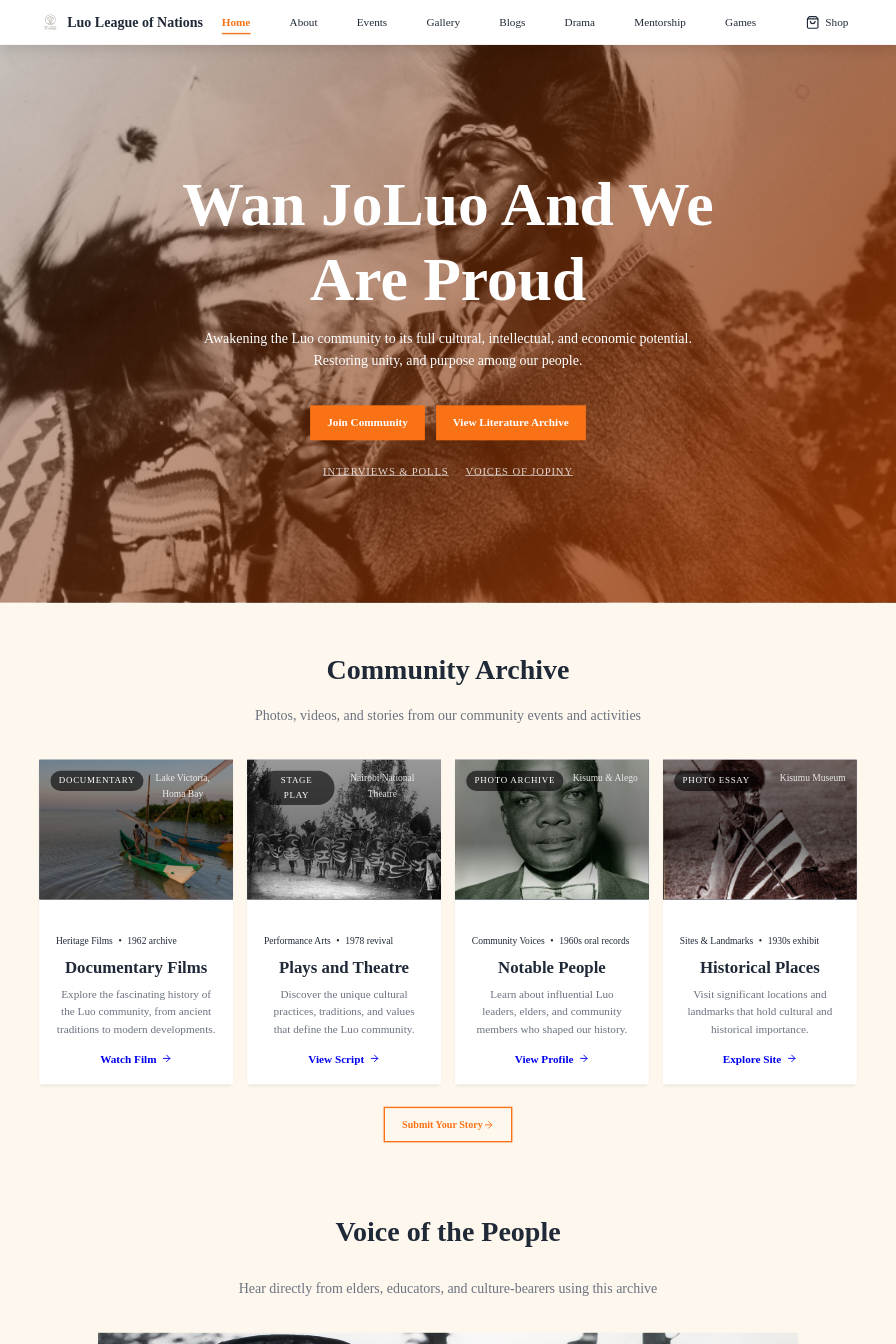
Repository: ianfranko/luo-community-history
Page: /
These files come from the project's save history. The page is drawn as it stood at one moment and after the next save; the edit follows.
The browser window is 1280 px wide. The pictures show the part of the page from y = 0 to 1920 px (the page is 4150 px tall before and 4131 px after), at 70% of full size.
The project was rebuilt for these pictures with package versions that can differ from the ones it lists, and the page was loaded fresh each time. The framework's server and built-in components were replaced by stand-ins that run in the browser. Also part of the build but not shown: next.config.ts.

Above is the page before, as saved 2025-11-23 12:31:28.

### src/app/layout.tsx
import type { Metadata } from "next";
import { Geist, Geist_Mono } from "next/font/google";
import "./globals.css";
import Layout from "@/components/Layout";

const geistSans = Geist({
  variable: "--font-geist-sans",
  subsets: ["latin"],
});

const geistMono = Geist_Mono({
  variable: "--font-geist-mono",
  subsets: ["latin"],
});

export const metadata: Metadata = {
  title: "Luo League of Nations",
  description: "Preserving and sharing the rich cultural heritage and history of the Luo people",
  icons: {
    icon: "/LLNLOGO.svg",
    shortcut: "/LLNLOGO.svg",
    apple: "/LLNLOGO.svg",
  },
};

export default function RootLayout({
  children,
}: Readonly<{
  children: React.ReactNode;
}>) {
  return (
    <html lang="en">
      <body
        className={`${geistSans.variable} ${geistMono.variable} antialiased`}
      >
        <Layout>{children}</Layout>
      </body>
    </html>
  );
}

### src/app/globals.css
/* Reset and base styles */
* {
  margin: 0;
  padding: 0;
  box-sizing: border-box;
}

:root {
  --primary-color: #f97316;
  --secondary-color: #eab308;
  --accent-color: #ea580c;
  --text-dark: #1f2937;
  --text-light: #6b7280;
  --bg-light: #fef7ed;
  --bg-white: #ffffff;
  --border-color: #e5e7eb;
  --shadow: 0 4px 6px -1px rgba(0, 0, 0, 0.1);
  --shadow-lg: 0 10px 15px -3px rgba(0, 0, 0, 0.1);
  --font-sans: var(--font-geist-sans), system-ui, -apple-system, sans-serif;
  --font-mono: var(--font-geist-mono), 'Courier New', monospace;

  /* New Colors */
  --forest-green: #2E7D32;
  --lake-blue: #0277BD;
  --cream: #F5F5DC;
}

body {
  font-family: var(--font-sans);
  line-height: 1.6;
  color: var(--text-dark);
  background-color: var(--bg-light);
}

/* Utility classes */
.container {
  max-width: 1200px;
  margin: 0 auto;
  padding: 0 1rem;
}

.flex {
  display: flex;
}

.flex-col {
  flex-direction: column;
}

.items-center {
  align-items: center;
}

.justify-center {
  justify-content: center;
}

.justify-between {
  justify-content: space-between;
}

.text-center {
  text-align: center;
}

.grid {
  display: grid;
}

.grid-cols-1 {
  grid-template-columns: repeat(1, minmax(0, 1fr));
}

.grid-cols-2 {
  grid-template-columns: repeat(2, minmax(0, 1fr));
}

.grid-cols-3 {
  grid-template-columns: repeat(3, minmax(0, 1fr));
}

.gap-2 {
  gap: 0.5rem;
}

.gap-4 {
  gap: 1rem;
}

.gap-6 {
  gap: 1.5rem;
}

.gap-8 {
  gap: 2rem;
}

.space-y-4 > * + * {
  margin-top: 1rem;
}

.space-y-6 > * + * {
  margin-top: 1.5rem;
}

.space-y-8 > * + * {
  margin-top: 2rem;
}

/* Typography */
.text-sm {
  font-size: 0.875rem;
}

.text-base {
  font-size: 1rem;
}

.text-lg {
  font-size: 1.125rem;
}

.text-xl {
  font-size: 1.25rem;
}

.text-2xl {
  font-size: 1.5rem;
}

.text-3xl {
  font-size: 1.875rem;
}

.text-4xl {
  font-size: 2.25rem;
}

.text-5xl {
  font-size: 5.5rem;
}

.font-semibold {
  font-weight: 600;
}

.font-bold {
  font-weight: 700;
}

/* Colors */
.text-primary {
  color: var(--primary-color);
}

.text-secondary {
  color: var(--secondary-color);
}

.text-gray-600 {
  color: var(--text-light);
}

.text-gray-700 {
  color: #374151;
}

.text-gray-800 {
  color: #1f2937;
}

.text-white {
  color: white;
}

.bg-primary {
  background-color: var(--primary-color);
}

.bg-secondary {
  background-color: var(--secondary-color);
}

.bg-white {
  background-color: var(--bg-white);
}

.bg-gradient {
  background: linear-gradient(135deg, var(--primary-color), var(--secondary-color));
}

/* New Color Utilities */
.text-forest-green {
  color: var(--forest-green);
}

.text-lake-blue {
  color: var(--lake-blue);
}

.bg-forest-green {
  background-color: var(--forest-green);
}

.bg-lake-blue {
  background-color: var(--lake-blue);
}

.bg-cream {
  background-color: var(--cream);
}

.border-forest-green {
  border-color: var(--forest-green);
}

.border-lake-blue {
  border-color: var(--lake-blue);
}

/* Spacing */
.p-4 {
  padding: 1rem;
}

.p-6 {
  padding: 1.5rem;
}

.p-8 {
  padding: 2rem;
}

.py-4 {
  padding-top: 1rem;
  padding-bottom: 1rem;
}

.py-8 {
  padding-top: 2rem;
  padding-bottom: 2rem;
}

.py-12 {
  padding-top: 3rem;
  padding-bottom: 3rem;
}

.py-16 {
  padding-top: 4rem;
  padding-bottom: 4rem;
}

.px-4 {
  padding-left: 1rem;
  padding-right: 1rem;
}

.px-6 {
  padding-left: 1.5rem;
  padding-right: 1.5rem;
}

.m-4 {
  margin: 1rem;
}

.mb-4 {
  margin-bottom: 1rem;
}

.mb-6 {
  margin-bottom: 1.5rem;
}

.mb-8 {
  margin-bottom: 2rem;
}

.mt-8 {
  margin-top: 2rem;
}

/* Border and shadow */
.rounded {
  border-radius: 0.25rem;
}

.rounded-lg {
  border-radius: 0.5rem;
}

.rounded-xl {
  border-radius: 0.75rem;
}

.shadow {
  box-shadow: var(--shadow);
}

.shadow-lg {
  box-shadow: var(--shadow-lg);
}

.border {
  border: 1px solid var(--border-color);
}

/* Button styles */
.btn {
  display: inline-flex;
  align-items: center;
  justify-content: center;
  padding: 0.75rem 1.5rem;
  border-radius: 0rem;
  font-weight: 600;
  text-decoration: none;
  transition: all 0.2s ease;
  cursor: pointer;
  border: none;
}

.btn-primary {
  background-color: var(--primary-color);
  color: white;
}

.btn-primary:hover {
  background-color: var(--accent-color);
  transform: translateY(-1px);
}

.btn-secondary {
  background-color: var(--secondary-color);
  color: white;
}

.btn-secondary:hover {
  background-color: #ca8a04;
  transform: translateY(-1px);
}

.btn-outline {
  background-color: transparent;
  color: var(--primary-color);
  border: 2px solid var(--primary-color);
}

.btn-outline:hover {
  background-color: var(--primary-color);
  color: white;
}

/* Card styles */
.card {
  background-color: var(--bg-white);
  border-radius: 0rem;
  box-shadow: var(--shadow);
  overflow: hidden;
  transition: transform 0.2s ease, box-shadow 0.2s ease;
}

.card:hover {
  transform: translateY(-2px);
  box-shadow: var(--shadow-lg);
}

.card-body {
  padding: 1.5rem;
}

.card-title {
  font-size: 1.25rem;
  font-weight: 600;
  margin-bottom: 0.5rem;
}

.card-text {
  color: var(--text-light);
  line-height: 1.6;
}

/* Responsive design */
@media (min-width: 768px) {
  .md\:grid-cols-2 {
    grid-template-columns: repeat(2, minmax(0, 1fr));
  }

  .md\:grid-cols-3 {
    grid-template-columns: repeat(3, minmax(0, 1fr));
  }

  .md\:flex {
    display: flex;
  }

  .md\:flex-row {
    flex-direction: row;
  }

  .md\:justify-center {
    justify-content: center;
  }

  .md\:gap-4 {
    gap: 1rem;
  }

  .md\:flex-wrap {
    flex-wrap: wrap;
  }

  .md\:text-left {
    text-align: left;
  }

  .md\:px-6 {
    padding-left: 1.5rem;
    padding-right: 1.5rem;
  }

  .md\:py-16 {
    padding-top: 4rem;
    padding-bottom: 4rem;
  }
}

@media (min-width: 1024px) {
  .lg\:grid-cols-3 {
    grid-template-columns: repeat(3, minmax(0, 1fr));
  }

  .lg\:grid-cols-4 {
    grid-template-columns: repeat(4, minmax(0, 1fr));
  }

  .lg\:px-8 {
    padding-left: 2rem;
    padding-right: 2rem;
  }

  .lg\:py-20 {
    padding-top: 5rem;
    padding-bottom: 5rem;
  }
}

/* Hero section styles */
.hero {
  background: linear-gradient(135deg, rgba(51, 23, 3, 0.2), rgba(156, 56, 3, 0.9)),
              url('/COLLECTIE_TROPENMUSEUM_Luo_dansers_in_krijgskostuum_tijdens_de_Eldoret_Agricultural_Show_TMnr_20014318.jpg') center/cover no-repeat;
  color: white;
  padding: 11rem 0rem; /* base padding for desktop */
  position: relative;
  overflow: hidden;
}

.hero::before {
  content: '';
  position: absolute;
  inset: 0;
  background:
    rgba(0, 0, 0, 0.85),
    url("data:[embedded picture, 296 characters]");
  background-size: cover;
  pointer-events: none;
  z-index: 1;
}

.hero > * {
  position: relative;
  z-index: 2;
}

.hero-content {
  position: relative;
  z-index: 1;
  max-width: 900px;
  margin: 0 auto;
  text-align: center;
}

/* Scalable heading and text */
.hero-content h1 {
  font-weight: 700;
  line-height: 1.2;
  margin-bottom: 1rem;
}

.hero-content p {
  line-height: 1.6;
  margin-bottom: 2rem;
}

/* Mobile-specific adjustments */
@media (max-width: 767px) {
  .hero {
    padding: 6rem 1rem;
  }

  .hero-content {
    text-align: center;
  }

  .hero-content h1 {
    font-size: clamp(1.5rem, 6vw, 3rem);
  }

  .hero-content p {
    font-size: clamp(0.9rem, 4vw, 1.1rem);
  }
}


/* Search styles */
.search-container {
  position: relative;
  max-width: 500px;
  margin: 0 auto;
}

.search-input {
  width: 100%;
  padding: 1rem 1.5rem;
  border-radius: 2rem;
  border: none;
  background-color: rgba(255, 255, 255, 0.9);
  font-size: 1rem;
  outline: none;
  transition: all 0.2s ease;
}

.search-input:focus {
  background-color: white;
  box-shadow: 0 0 0 3px rgba(249, 115, 22, 0.3);
}

.search-button {
  position: absolute;
  right: 0.5rem;
  top: 50%;
  transform: translateY(-50%);
  background-color: var(--primary-color);
  border: none;
  border-radius: 50%;
  width: 2.5rem;
  height: 2.5rem;
  display: flex;
  align-items: center;
  justify-content: center;
  cursor: pointer;
  transition: background-color 0.2s ease;
}

.search-button:hover {
  background-color: var(--accent-color);
}

/* Section styles */
.section {
  padding: 4rem 0;
}

.section-title {
  font-size: 2.5rem;
  font-weight: 700;
  text-align: center;
  margin-bottom: 1rem;
  color: var(--text-dark);
}

.section-subtitle {
  font-size: 1.25rem;
  text-align: center;
  color: var(--text-light);
  margin-bottom: 3rem;
  max-width: 600px;
  margin-left: auto;
  margin-right: auto;
}

.cta-card {
  background: rgba(255, 255, 255, 0.08);
  border: 1px solid rgba(255, 255, 255, 0.2);
  border-radius: 20px;
  padding: 2rem;
  backdrop-filter: blur(12px);
  box-shadow: 0 25px 45px rgba(0, 0, 0, 0.25);
  color: white;
  text-align: left;
}

.cta-card-orange {
  background: linear-gradient(135deg, rgba(249, 116, 22, 0.551), rgba(234, 88, 12, 0.85));
  backdrop-filter: blur(10px);
  color: white;
  border-radius: 16px;
  box-shadow: 0 10px 25px rgba(0,0,0,0.25);
}



.cta-stat {
  font-size: clamp(2.5rem, 4vw, 3.5rem);
  font-weight: 700;
  line-height: 1;
}

.cta-label {
  margin-top: 0.75rem;
  font-size: 0.95rem;
  letter-spacing: 0.12em;
  text-transform: uppercase;
  color: rgba(255, 255, 255, 0.85);
}

.cta-body {
  margin-top: 1rem;
  font-size: 1.05rem;
  line-height: 1.6;
  color: rgba(255, 255, 255, 0.95);
}

/* Feature grid */
.feature-grid {
  display: grid;
  grid-template-columns: repeat(auto-fit, minmax(300px, 2fr));
  gap: 2rem;
  margin-top: 3rem;
}

.feature-card {
  background-color: var(--bg-white);
  padding: 2rem;
  border-radius: 0rem;
  box-shadow: var(--shadow);
  text-align: center;
  transition: transform 0.2s ease, box-shadow 0.2s ease;
}

.feature-card:hover {
  transform: translateY(-4px);
  box-shadow: var(--shadow-lg);
}

.gallery-card-image {
  width: 100%;
  height: 200px;
  margin-bottom: 1.5rem;
  border-radius: 0rem;
  overflow: hidden;
  background-color: #0f172a;
  position: relative;
}

.feature-icon {
  width: 4rem;
  height: 4rem;
  background: var(--bg-gradient);
  border-radius: 50%;
  display: flex;
  align-items: center;
  justify-content: center;
  margin: 0 auto 1.5rem;
  color: white;
}

.feature-title {
  font-size: 1.5rem;
  font-weight: 600;
  margin-bottom: 1rem;
  color: var(--text-dark);
}

.feature-description {
  color: var(--text-light);
  line-height: 1.6;
}

/* Testimonials grid */
.testimonial-grid {
  display: grid;
  grid-template-columns: repeat(auto-fit, minmax(280px, 1fr));
  gap: 1.5rem; /* slightly reduced for small screens */
  margin-top: 3rem;
  padding: 0 1rem;
}

.testimonial-card {
  background-color: var(--bg-white);
  padding: 1.5rem; /* reduced padding for mobile */
  border-radius: 0.5rem; /* slight rounding for touch-friendly */
  box-shadow: 0 6px 20px rgba(0,0,0,0.1);
  transition: transform 0.3s ease, box-shadow 0.3s ease;
  position: relative;
  overflow: hidden;
}

.testimonial-quote {
  font-size: clamp(0.95rem, 2.5vw, 1.1rem);
  line-height: 1.6;
  margin-bottom: 1rem;
}

.testimonial-author {
  margin-top: 0.5rem;
}

.author-name {
  font-weight: 600;
  color: var(--text-dark);
  font-size: clamp(0.9rem, 2vw, 1rem);
}

.author-title {
  font-size: clamp(0.8rem, 1.8vw, 0.9rem);
  color: var(--text-light);
}

/* Optional: reduce gap on very small devices */
@media (max-width: 480px) {
  .testimonial-grid {
    gap: 1rem;
  }

  .testimonial-card {
    padding: 1rem;
  }
}

/* Stats section */
/* ========================= */
/* STATS SECTION RESPONSIVE  */
/* ========================= */
.stats-grid {
  display: grid;
  grid-template-columns: repeat(auto-fit, minmax(180px, 1fr));
  gap: 1.5rem; /* smaller gap for mobile */
  margin-top: 3rem;
  padding: 0 1rem; /* ensure padding on small screens */
}

.stat-item {
  text-align: center;
  padding: 1rem 1.5rem; /* slightly smaller padding for mobile */
  background-color: var(--bg-white);
  border-radius: 0.5rem;
  box-shadow: var(--shadow);
  transition: transform 0.2s ease, box-shadow 0.2s ease;
}

.stat-item:hover {
  transform: translateY(-4px);
  box-shadow: var(--shadow-lg);
}

.stat-number {
  font-size: clamp(2rem, 5vw, 3rem); /* scales from mobile to desktop */
  font-weight: 700;
  color: var(--primary-color);
  display: block;
  line-height: 1.2;
}

.stat-label {
  font-size: clamp(0.9rem, 2.5vw, 1.1rem); /* scales nicely */
  color: var(--text-light);
  margin-top: 0.5rem;
}

/* Extra small devices adjustments */
@media (max-width: 480px) {
  .stats-grid {
    gap: 1rem;
  }

  .stat-item {
    padding: 0.75rem 1rem;
  }
}


/* Navigation styles */
.header-nav {
  display: none;
}

.desktop-nav-links {
  display: flex;
  gap: 2rem;
  align-items: center;
}

.menu-toggle {
  display: block;
}

.nav-link {
  color: var(--text-dark);
  text-decoration: none;
  font-weight: 500;
  transition: color 0.2s ease;
  display: flex;
  align-items: center;
  gap: 0.5rem;
  padding: 0.5rem 0.75rem;
  border-radius: 0.5rem;
  position: relative;
}

.nav-link:hover {
  color: var(--primary-color);
}

.nav-link-active {
  color: var(--primary-color);
  font-weight: 600;
}

.nav-link.nav-link-active::after {
  content: '';
  position: absolute;
  left: 0.75rem;
  right: 0.75rem;
  bottom: 0.25rem;
  height: 2px;
  background-color: var(--primary-color);
}

.nav-link-mobile.nav-link-active {
  color: var(--primary-color);
  font-weight: 600;
}

.nav-link-mobile {
  display: flex;
  align-items: center;
  gap: 0.5rem;
  padding: 0.75rem;
  color: var(--text-dark);
  text-decoration: none;
  border-radius: 0.5rem;
  transition: color 0.2s ease;
}

.nav-link-mobile:hover {
  color: var(--primary-color);
}

.mobile-nav {
  width: 100%;
  background-color: var(--bg-white);
  border-top: 1px solid var(--border-color);
  box-shadow: var(--shadow);
  animation: mobileNavReveal 0.2s ease;
}

@keyframes mobileNavReveal {
  from {
    opacity: 0;
    transform: translateY(-8px);
  }
  to {
    opacity: 1;
    transform: translateY(0);
  }
}

@media (min-width: 768px) {
  .header-nav {
    display: flex;
  }

  .menu-toggle {
    display: none;
  }

  .mobile-nav {
    display: none;
  }
}

/* Footer styles */
.footer {
  background-color: var(--text-dark);
  color: white;
  padding: 3rem 0 1rem;
}

.footer-content {
  display: grid;
  grid-template-columns: repeat(auto-fit, minmax(250px, 1fr));
  gap: 2rem;
  margin-bottom: 2rem;
}

.footer-section h3 {
  font-size: 1.25rem;
  font-weight: 600;
  margin-bottom: 1rem;
}

.footer-section ul {
  list-style: none;
}

.footer-section li {
  margin-bottom: 0.5rem;
}

.footer-section a {
  color: #9ca3af;
  text-decoration: none;
  transition: color 0.2s ease;
}

.footer-section a:hover {
  color: var(--primary-color);
}

.footer-bottom {
  border-top: 1px solid #374151;
  padding-top: 1rem;
  text-align: center;
  color: #9ca3af;
}

### src/components/Layout.tsx
'use client'

import Link from 'next/link'
import Image from 'next/image'
import { useEffect, useState } from 'react'
import { Menu, X, ShoppingBag } from 'lucide-react'
import { usePathname } from 'next/navigation'

const navigation = [
  { name: 'Home', href: '/' },
  { name: 'About', href: '/about' },
  { name: 'Events', href: '/events' },
  { name: 'Gallery', href: '/Gallery' },
  { name: 'Blogs', href: '/BlogList' },
  { name: 'Drama', href: '/Drama' },
  { name: 'Mentorship', href: '/mentorship' },
  { name: 'Games', href: '/games' },
]

export default function Layout({ children }: { children: React.ReactNode }) {
  const [isMenuOpen, setIsMenuOpen] = useState(false)
  const pathname = usePathname()

  useEffect(() => {
    setIsMenuOpen(false)
  }, [pathname])

  useEffect(() => {
    if (!isMenuOpen) return

    const handleKeyDown = (event: KeyboardEvent) => {
      if (event.key === 'Escape') {
        setIsMenuOpen(false)
      }
    }

    window.addEventListener('keydown', handleKeyDown)
    return () => window.removeEventListener('keydown', handleKeyDown)
  }, [isMenuOpen])

  return (
    <div style={{ minHeight: '100vh', backgroundColor: 'var(--bg-light)' }}>
      {/* Header */}
      <header style={{
        backgroundColor: 'var(--bg-white)',
        boxShadow: 'var(--shadow-lg)',
        position: 'sticky',
        top: 0,
        zIndex: 50
      }}>
        <div className="container">
          <div style={{
            display: 'flex',
            justifyContent: 'space-between',
            alignItems: 'center',
            height: '4rem'
          }}>
            {/* Logo */}
            <Link
              href="/"
              style={{
                display: 'flex',
                alignItems: 'center',
                gap: '0.5rem',
                textDecoration: 'none',
              }}
            >
              <Image
                src="/LLNLOGO.svg"
                alt="Luo League of Nations Logo"
                width={32}
                height={32}
                style={{ objectFit: 'contain' }}
              />
              <span style={{ fontSize: '1.25rem', fontWeight: '700', color: 'var(--text-dark)' }}>
                Luo League of Nations
              </span>
            </Link>

            {/* Desktop Navigation */}
            <nav className="header-nav" aria-label="Primary navigation">
              <div className="desktop-nav-links">
                {navigation.map((item) => {
                  const isActive =
                    item.href === '/'
                      ? pathname === item.href
                      : pathname?.startsWith(item.href)

                  return (
                    <Link
                      key={item.name}
                      href={item.href}
                      className={`nav-link ${isActive ? 'nav-link-active' : ''}`}
                    >
                      <span>{item.name}</span>
                    </Link>
                  )
                })}
              </div>
            </nav>

            {/* Shop Merch Link */}
            <Link
              href="/shop"
              className="nav-link"
              style={{
                marginLeft: '2rem'
              }}
            >
              <ShoppingBag size={20} />
              <span className="shop-text">Shop</span>
            </Link>

            {/* Hamburger menu button */}
            <button
              className="menu-toggle"
              style={{
                padding: '0.5rem',
                color: 'var(--text-dark)',
                border: 'none',
                background: 'none',
                cursor: 'pointer'
              }}
              aria-label={isMenuOpen ? 'Close navigation menu' : 'Open navigation menu'}
              aria-expanded={isMenuOpen}
              aria-controls="mobile-nav"
              onClick={() => setIsMenuOpen(!isMenuOpen)}
            >
              {isMenuOpen ? <X size={24} /> : <Menu size={24} />}
            </button>
          </div>
        </div>

        {/* Navigation Dropdown */}
        {isMenuOpen && (
          <nav
            id="mobile-nav"
            aria-label="Mobile navigation"
            className="mobile-nav"
          >
            <div style={{
              padding: '1rem'
            }} className="flex flex-col gap-2 md:flex-row md:justify-center md:gap-4 md:flex-wrap">
              {navigation.map((item) => {
                const isActive =
                  item.href === '/'
                    ? pathname === item.href
                    : pathname?.startsWith(item.href)

                return (
                  <Link
                    key={item.name}
                    href={item.href}
                    className={`nav-link-mobile ${isActive ? 'nav-link-active' : ''}`}
                    onClick={() => setIsMenuOpen(false)}
                  >
                    <span>{item.name}</span>
                  </Link>
                )
              })}

              {/* Shop Merch in Mobile Nav */}
              <Link
                href="/shop"
                className="nav-link-mobile"
                onClick={() => setIsMenuOpen(false)}
              >
                <ShoppingBag size={20} />
                <span>Shop Merch</span>
              </Link>

            </div>
          </nav>
        )}
      </header>

      {/* Main Content */}
      <main style={{ flex: 1 }}>
        {children}
      </main>

      {/* Footer */}
      <footer className="footer">
        <div className="container">
          <div className="footer-content">
            <div className="footer-section">
              <div style={{ display: 'flex', alignItems: 'center', gap: '0.5rem', marginBottom: '1rem' }}>
                <Image
                  src="/lln.svg"
                  alt="Luo League of Nations Logo"
                  width={32}
                  height={32}
                  style={{ objectFit: 'contain' }}
                />
                <span style={{ fontSize: '1.25rem', fontWeight: '700' }}>Luo League of Nations</span>
              </div>
              <p style={{ color: '#9ca3af', marginBottom: '1rem' }}>
                Preserving and sharing the rich cultural heritage and history of the Luo people for future generations.
              </p>
            </div>

            <div className="footer-section">
              <h3>Quick Links</h3>
              <ul>
                <li><Link href="/culture">Culture</Link></li>
                <li><Link href="/people">Notable People</Link></li>
                <li><Link href="/places">Historical Places</Link></li>
                <li><Link href="/events">Events</Link></li>
                <li><Link href="/Gallery">Gallery</Link></li>
              </ul>
            </div>

            <div className="footer-section">
              <h3>Community</h3>
              <ul>
                <li><Link href="/about">About Us</Link></li>
                <li><Link href="/contact">Contact</Link></li>
              </ul>
            </div>
          </div>

          <div className="footer-bottom">
            <p>&copy; 2025 Luo League of Nations. All rights reserved.</p>
          </div>
        </div>
      </footer>


    </div>
  )
}

Loaded but not shown: src/app/page.tsx (490 lines, source omitted)

After the next save:
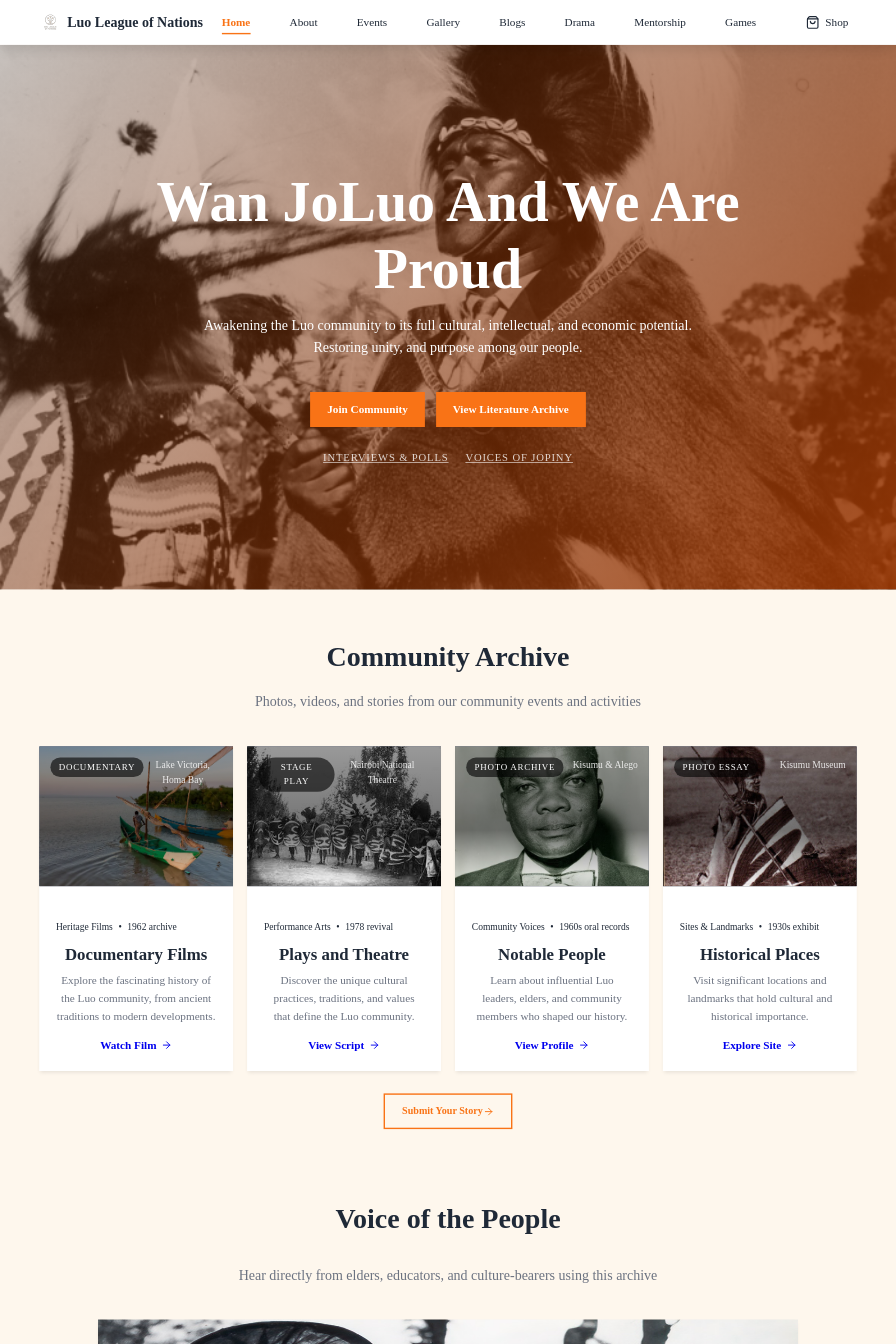
Saved 13 min 53 s later.
--- a/src/app/globals.css
+++ b/src/app/globals.css
@@ -137,7 +137,7 @@ body {
 }
 
 .text-5xl {
-  font-size: 5.5rem;
+  font-size: 5rem;
 }
 
 .font-semibold {
